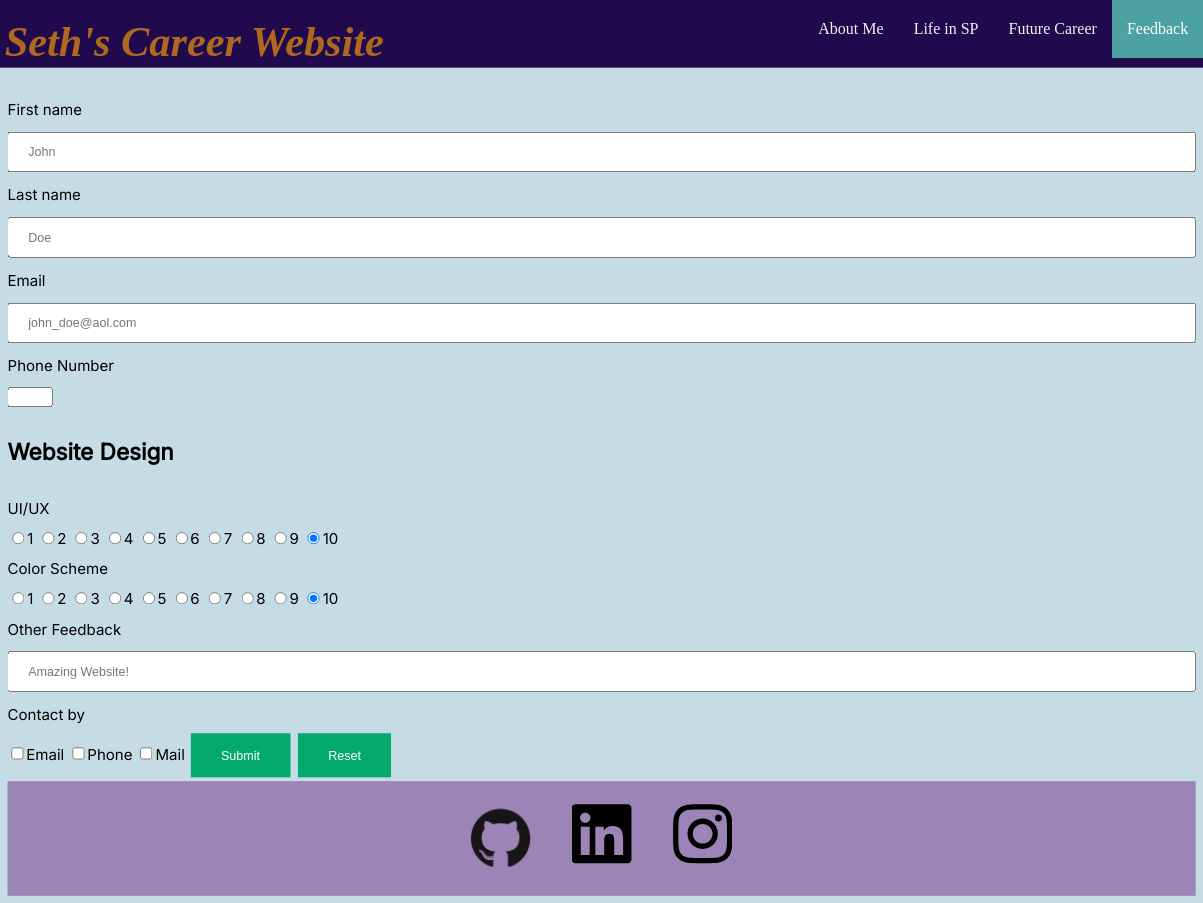
Repository: idkSeth/SP-FED-Website
Page: feedback.html
The author's editor kept a record of every edit. The page is drawn from the files as they stood at one moment, then again after the next edit.
The browser window is 1280 px wide. The pictures show the whole page, at 94% of full size.
Some web fonts or font styles are not loaded; a fallback is used.

Above is the page before.

After the next edit:
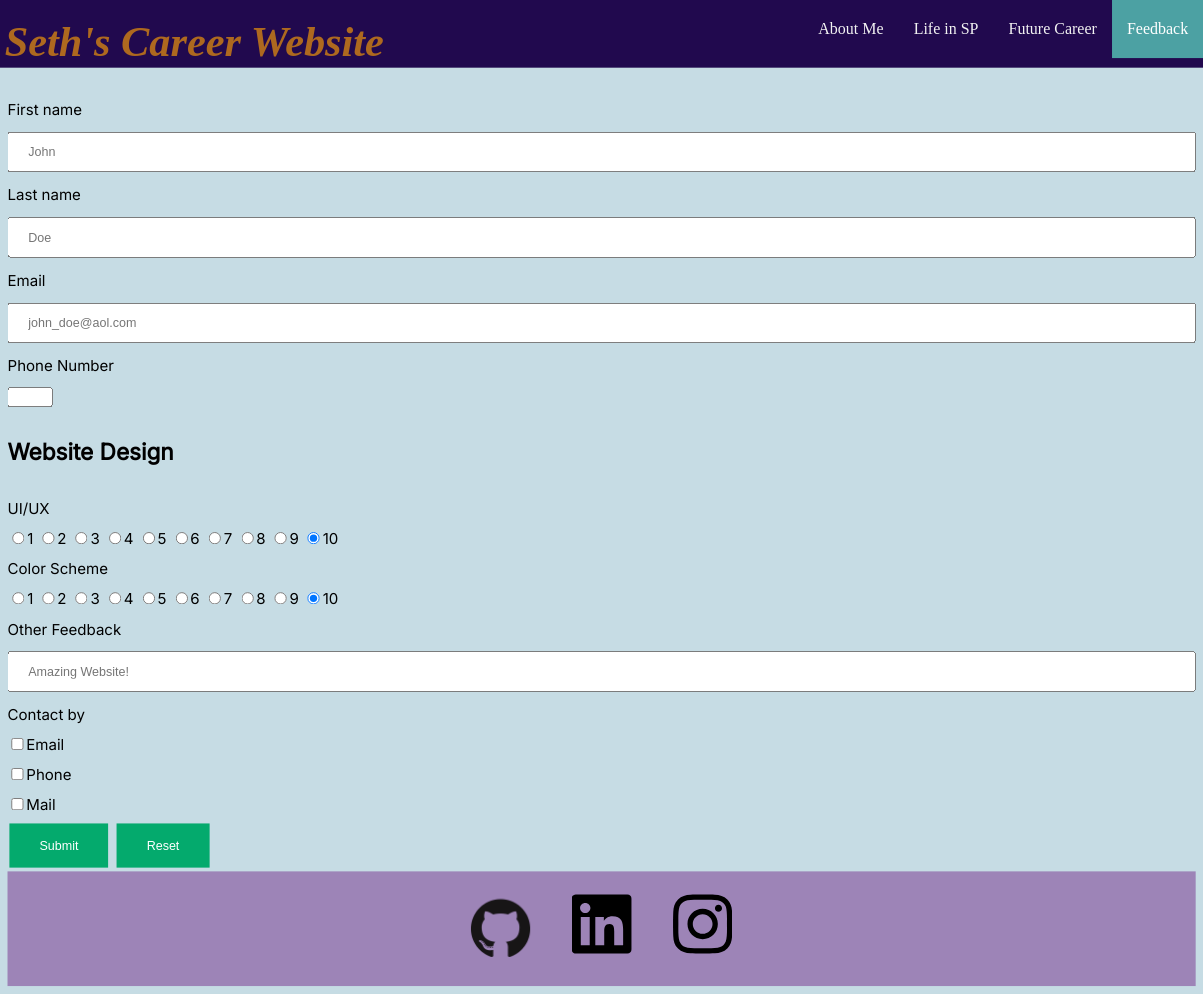
The edit:
--- a/feedback.html
+++ b/feedback.html
@@ -65,9 +65,9 @@
             <input type="text" id="comments" name="comments" placeholder="Amazing Website!"> <br>
 
             <label for="contact">Contact by</label> <br>
-            <input type="checkbox" id="contact1" name="contact1" value="Email">Email
-            <input type="checkbox" id="contact2" name="contact2" value="Phone">Phone
-            <input type="checkbox" id="contact3" name="contact3" value="Mail">Mail
+            <input type="checkbox" id="contact1" name="contact1" value="Email">Email <br>
+            <input type="checkbox" id="contact2" name="contact2" value="Phone">Phone <br>
+            <input type="checkbox" id="contact3" name="contact3" value="Mail">Mail <br>
 
 
 
